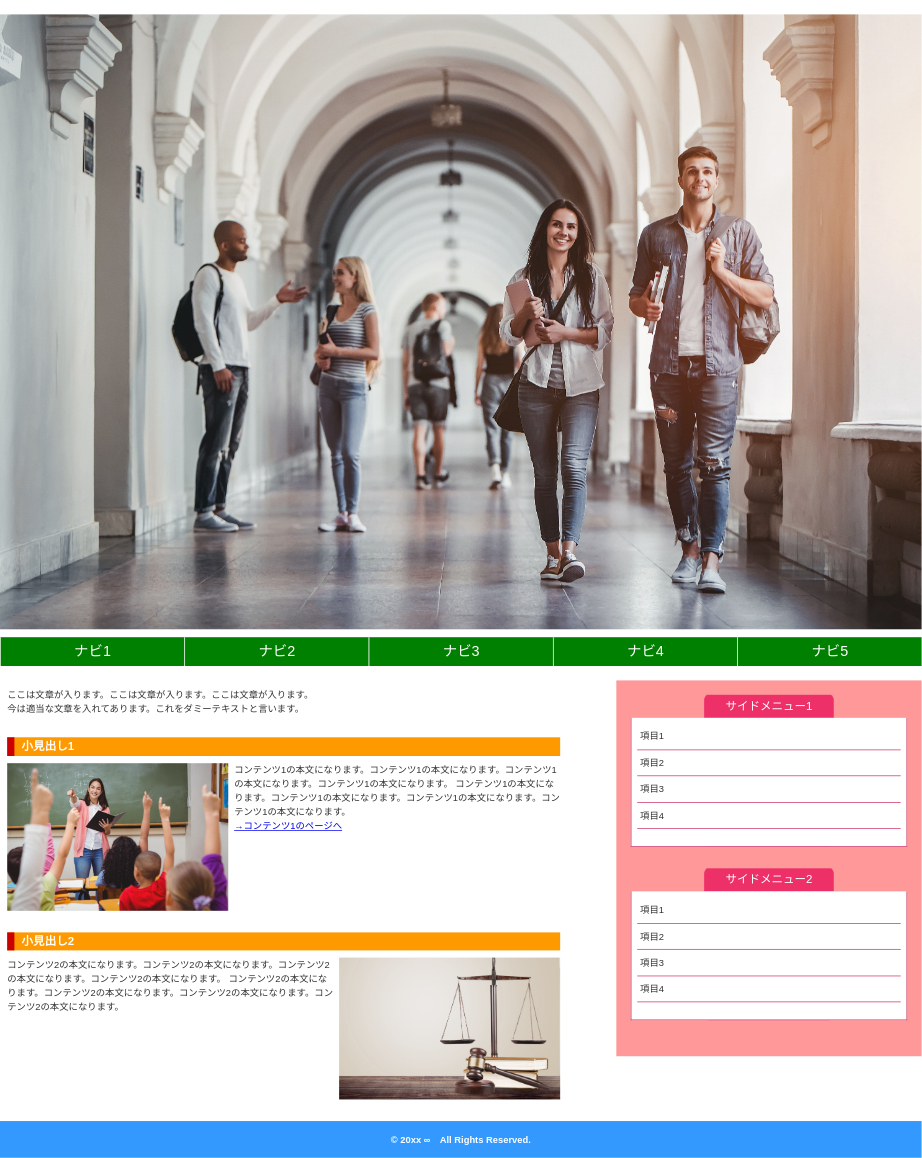
Repository: makamaka2021/samurai_HTML-CSS
Page: home.html
The author's editor kept a record of every edit. The page is drawn from the files as they stood at one moment, then again after the next edit.
The browser window is 1280 px wide. The pictures show the whole page, at 72% of full size.

Above is the page before.

After the next edit:
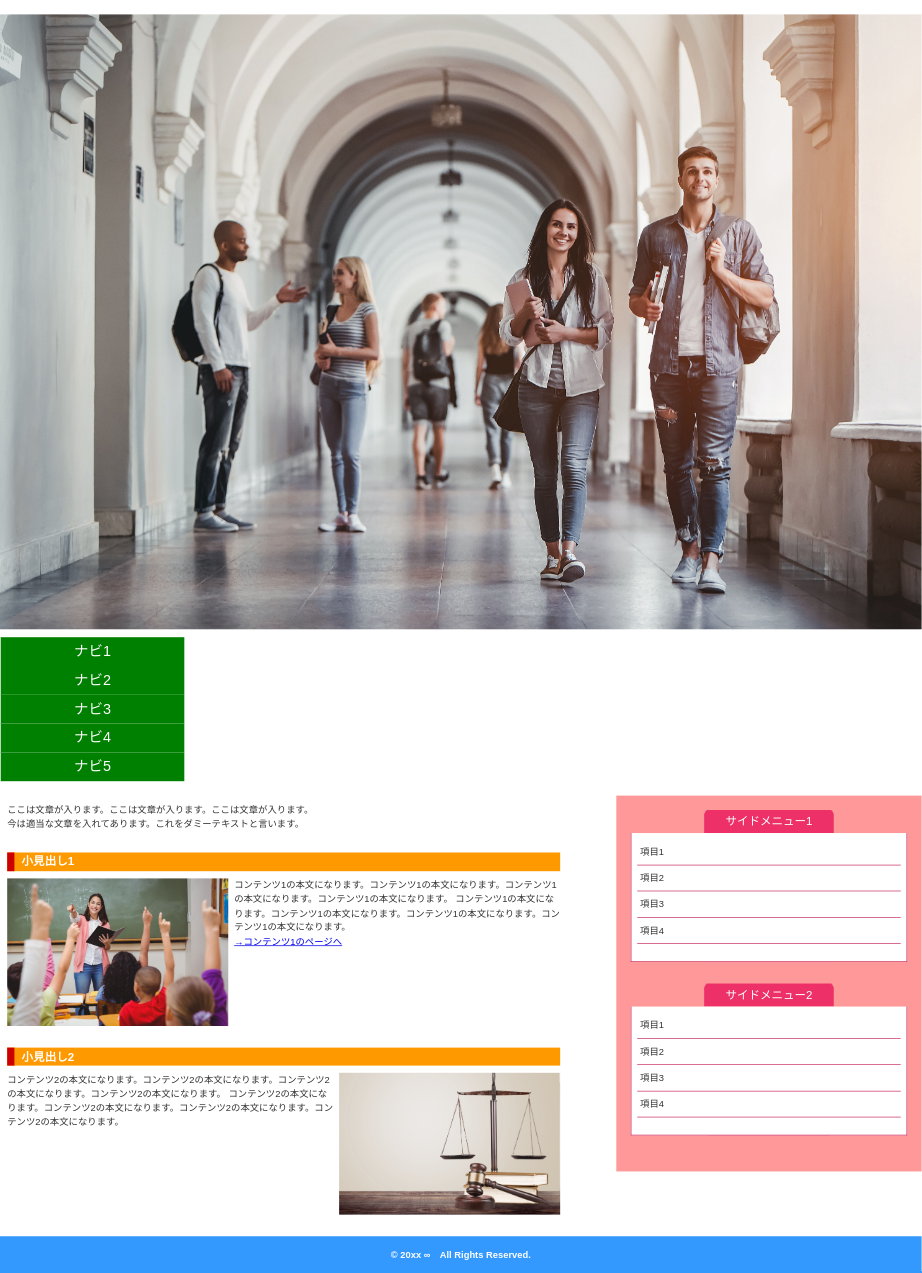
The edit:
--- a/stylesheet.css
+++ b/stylesheet.css
@@ -56,7 +56,6 @@
 }
 
 #nav ul li {
-  float:left;
   width:20%;
   text-align: center;
 }

After the edit that followed:
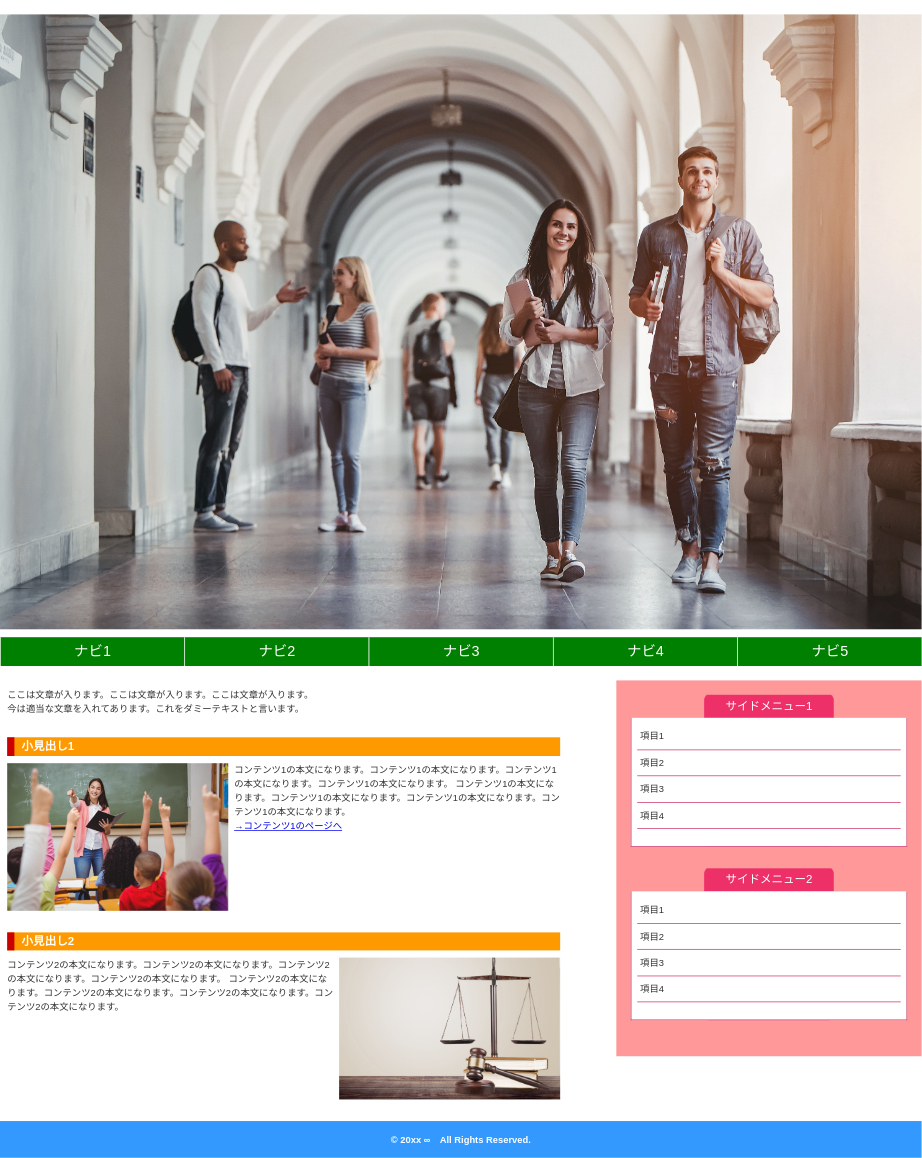
The edit:
--- a/stylesheet.css
+++ b/stylesheet.css
@@ -50,6 +50,7 @@
 }
 
 #nav ul{
+  display:flex;
   margin:0;
   padding:0;
   list-style-type: none;
